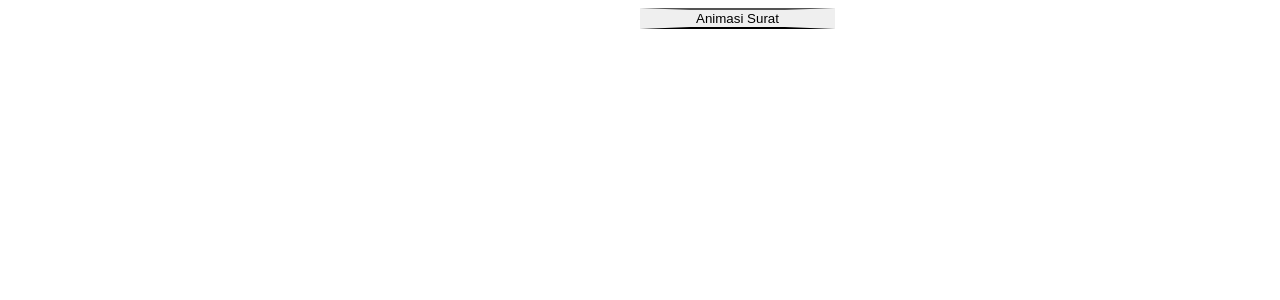
Repository: Irantsitumorang/projectRepo1
Page: BelajarJS/LatihanHTML/WebContent/suratj.html
The author's editor kept a copy of each file at every save. The page is drawn from the files as they stood at one save, then again after the next save.
The browser window is 1280 px wide. The pictures show the whole page.

Above is the page before, as saved 2021-07-01 10:19:15.

### BelajarJS/LatihanHTML/WebContent/suratj.html
<!DOCTYPE html>
<html>
<head>
	<meta charset="UTF-8">
    <meta http-equiv="X-UA-Compatible" content="IE=edge">
    <meta name="viewport" content="width=device-width, initial-scale=1.0">
    <script src="https://ajax.googleapis.com/ajax/libs/jquery/3.5.1/jquery.min.js"></script>
    <title>Document</title>

    <style>

	#bg{
	margin-left: 50%;
	border-left: 50px solid transparent;
	border-right: 50px solid transparent;
	}

    #surat1 {
    width: 0;
    height: 0;

    border-left: 70px solid transparent;
	border-right: 70px solid transparent;
	border-bottom: 70px solid red;
	margin-left: 50%;
    }

    #surat2 {
    width: 0;
    height: 0;

    border-left: 70px solid transparent;
	border-right: 70px solid transparent;
	border-top: 70px solid red;
	margin-left: 50%;
    }

     #surat3 {
    width: 0;
    height: 0;

    border-left: 70px solid transparent;
	border-right: 70px solid transparent;
	border-top: 70px solid red;
	margin-left: 50%;
    }

</style>

<script>

$(document).ready(function(){
  $("button").click(function(){
    $("#surat1").fadeIn(4000);
    $("#surat2").fadeIn(7000);
    $("#surat3").fadeIn(9000);
  });
});

</script>
</head>
<body>

<button id="bg">Animasi Surat</button><br><br>

<div id="surat1" style="display:none; background-color:yellow;"></div><br>
<div id="surat2" style="display:none; background-color:orange;"></div><br>
<div id="surat3" style="display:none; background-color:blue;"></div>

</body>
</html>

After the next save:
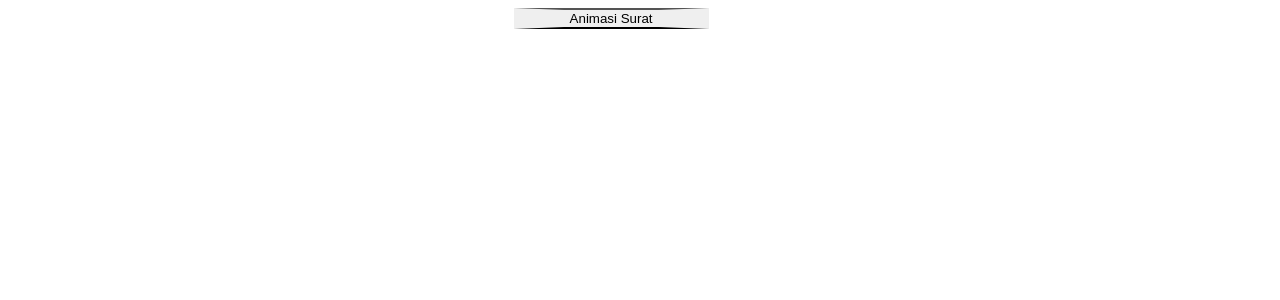
Saved 17 s later.
--- a/BelajarJS/LatihanHTML/WebContent/suratj.html
+++ b/BelajarJS/LatihanHTML/WebContent/suratj.html
@@ -10,7 +10,7 @@
     <style>
 
 	#bg{
-	margin-left: 50%;
+	margin-left: 40%;
 	border-left: 50px solid transparent;
 	border-right: 50px solid transparent;
 	}
